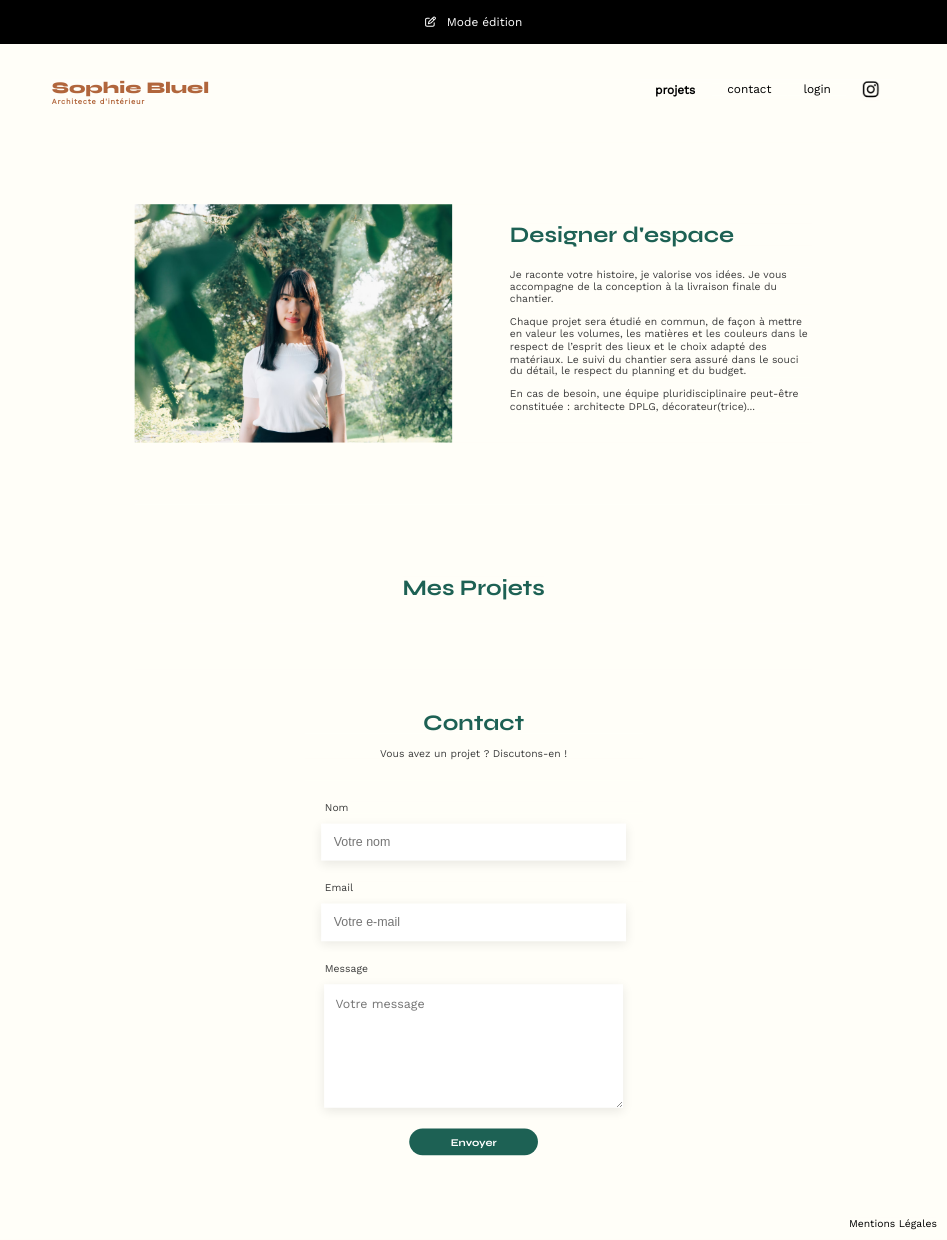
Repository: BlueSoley23/openclassrooms
Page: FrontEnd/index.html
The author's editor kept a copy of each file at every save. The page is drawn from the files as they stood at one save, then again after the next save.
The browser window is 1280 px wide. The pictures show the whole page, at 74% of full size.
The page's requests for data from a server got no answer.

Above is the page before, as saved 2023-12-21 07:21:30.
Console error: TypeError: categories is not iterable

After the next save:
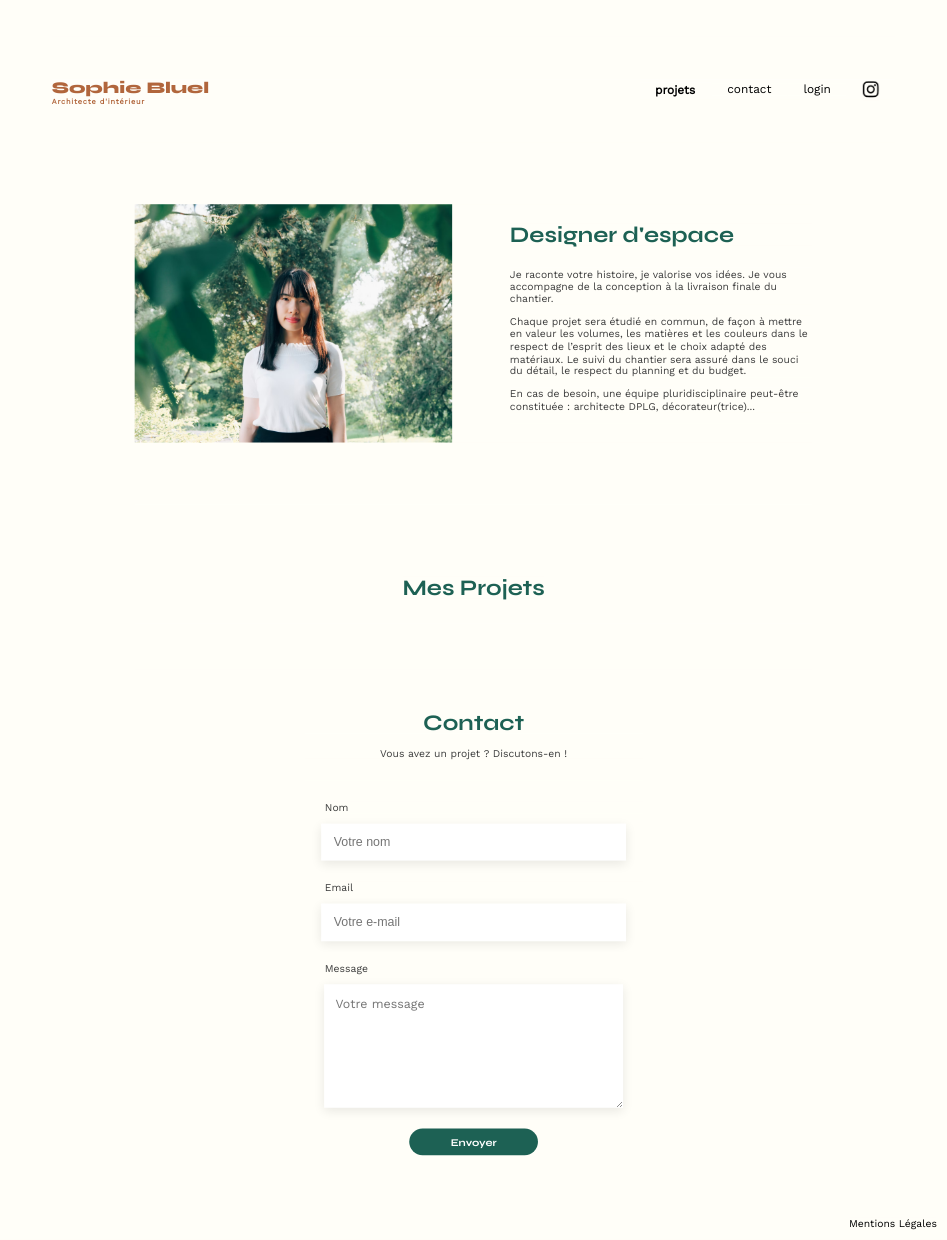
Saved 51 s later.
--- a/FrontEnd/assets/css/style.css
+++ b/FrontEnd/assets/css/style.css
@@ -520,14 +520,6 @@
 /* ##################### Définition des styles de la page en mode édition (utiliusateur connecté ##################### */
 /* ################################################################################################################### */
 
-	.hidden {
-		display: none; !important;
-	}
-
-	.visible {
-		display: inherit;
-	}
-
 	.edit-bar {
 		display: flex;
 		margin: 0;
@@ -607,3 +599,11 @@
 		margin-left: 0.35em;
 		align-items: flex-end;
 	  }
+
+	  .hidden {
+		display: none; !important;
+	}
+
+	.visible {
+		display: inherit;
+	}
